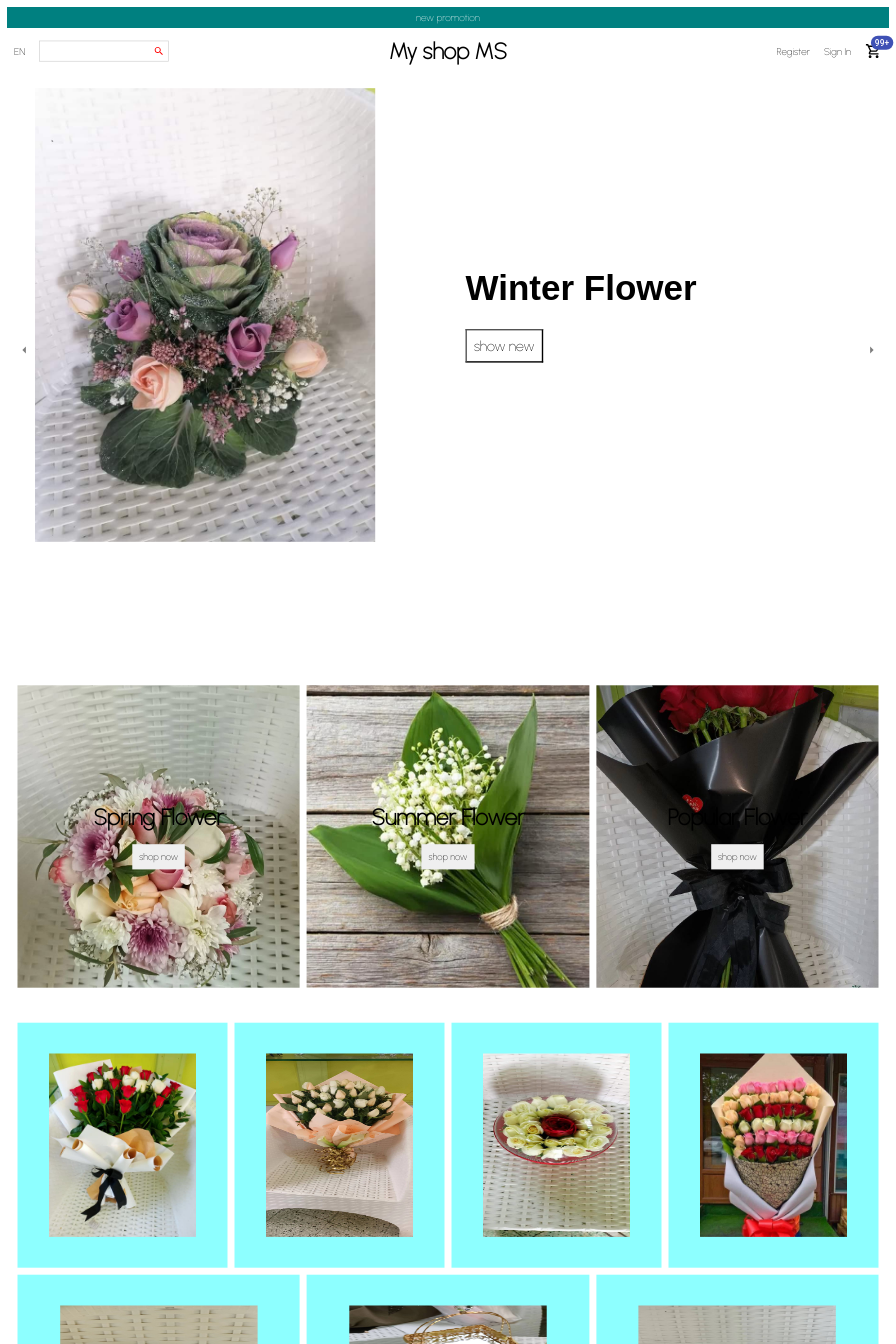
Repository: jarraymassaoud/react-web
Page: /
These files come from the project's save history. The page is drawn as it stood at one moment and after the next save; the edit follows.
The browser window is 1280 px wide. The pictures show the part of the page from y = 0 to 1920 px (the page is 2807 px tall before and 918 px after), at 70% of full size.
The project was rebuilt for these pictures with package versions that can differ from the ones it lists, and the page was loaded fresh each time. Also part of the build but not shown: src/pages/Login.jsx, src/pages/Bunch.jsx.

Above is the page before, as saved 2022-06-01 08:29:42.

### public/index.html
<!DOCTYPE html>
<html lang="en">
  <head>
    <meta charset="utf-8" />
    <link rel="icon" href="%PUBLIC_URL%/favicon.ico" />
    <meta name="viewport" content="width=device-width, initial-scale=1" />
    <meta name="theme-color" content="#000000" />
    <meta
      name="description"
      content="Web site created using create-react-app"
    />
    <link rel="preconnect" href="https://fonts.googleapis.com" />
    <link rel="preconnect" href="https://fonts.gstatic.com" crossorigin />
    <link
      href="https://fonts.googleapis.com/css2?family=Urbanist:wght@100&display=swap"
      rel="stylesheet"
    />
    <style>
      * {
        margin: 0;
        font-family: "Urbanist", sans-serif;
      }
    </style>
    <!--
      manifest.json provides metadata used when your web app is installed on a
      user's mobile device or desktop. See https://developers.google.com/web/fundamentals/web-app-manifest/
    -->
    <!--
      Notice the use of %PUBLIC_URL% in the tags above.
      It will be replaced with the URL of the `public` folder during the build.
      Only files inside the `public` folder can be referenced from the HTML.

      Unlike "/favicon.ico" or "favicon.ico", "%PUBLIC_URL%/favicon.ico" will
      work correctly both with client-side routing and a non-root public URL.
      Learn how to configure a non-root public URL by running `npm run build`.
    -->
    <title>React App</title>
  </head>
  <body>
    <noscript>You need to enable JavaScript to run this app.</noscript>
    <div id="root"></div>
    <!--
      This HTML file is a template.
      If you open it directly in the browser, you will see an empty page.

      You can add webfonts, meta tags, or analytics to this file.
      The build step will place the bundled scripts into the <body> tag.

      To begin the development, run `npm start` or `yarn start`.
      To create a production bundle, use `npm run build` or `yarn build`.
    -->
  </body>
</html>

### src/App.jsx
import React from "react";
import Cart from "./pages/Cart";
import Login from "./pages/Login";
import Home from "./pages/Home";
import Bunch from "./pages/Bunch";

const App = () => {
  return <Home />;
};

export default App;

### src/pages/Home.jsx
import React from "react";
import Annonce from "../components/Annonce";
import Navbar from "../components/Navbar";
import Slider from "../components/Slider";
import Categories from "../components/Categories";
import Products from "../components/Products";
import Newsletter from "../components/Newsletter";
import Footer from "../components/Footer";

const Home = () => {
  return (
    <div>
      <Annonce />
      <Navbar />
      <Slider />
      <Categories />
      <Products />
      <Newsletter />
      <Footer />
    </div>
  );
};

export default Home;

### src/components/Annonce.jsx
import styled from "styled-components";

const Container = styled.div`
  height: 30px;
  background-color: teal;
  color: white;
  display: flex;
  align-items: center;
  justify-content: center;
  font-size: 14px;
  font-weight: 500;
  margin: 10px;
`;

const Annonce = () => {
  return (
    <div>
      <Container>new promotion</Container>
    </div>
  );
};

export default Annonce;

### src/components/Footer.jsx
import {
  Facebook,
  GitHub,
  LinkedIn,
  MailOutline,
  Phone,
  Room,
} from "@material-ui/icons";
import React from "react";
import styled from "styled-components";
const Container = styled.div`
  display: flex;
  border: 0.5px solid lightgray;
  border-radius: 10px;
  background-color: gainsboro;
`;
const Left = styled.div`
  flex: 1;
  display: flex;
  padding: 20px;
  flex-direction: column;
  margin-left: 100px;
`;
const Logo = styled.h1``;
const Desc = styled.p`
  margin: 20px 0px;
`;
const SocialContainer = styled.div`
  display: flex;
`;
const SocialIcon = styled.div`
  width: 40px;
  height: 40px;
  border-radius: 50%;
  color: white;
  background-color: #${(props) => props.color};
  display: flex;
  align-items: center;
  justify-content: center;
  margin-right: 10px;
`;

const Center = styled.div`
  flex: 1;
  padding: 20px;
  align-items: center;
  justify-content: center;
`;
const Title = styled.h3`
  margin-bottom: 30px;
`;
const List = styled.ul`
  margin: 0px;
  padding: 0px;
  list-style: none;
  flex-wrap: wrap;
`;
const ListItem = styled.li`
  width: 50%;
`;
const Right = styled.div`
  flex: 1;
  padding: 20px;
  justify-content: center;
  align-items: center;
  margin-left: 100px;
`;
const ContactItem = styled.div``;

const Footer = () => {
  return (
    <Container>
      <Left>
        <Logo> MS</Logo>
        <Desc>my shop MS</Desc>
        <SocialContainer>
          <SocialIcon color="0080ff">
            <Facebook />
          </SocialIcon>
          <SocialIcon color="0059b3">
            <LinkedIn />
          </SocialIcon>
          <SocialIcon color="000000">
            <GitHub />
          </SocialIcon>
        </SocialContainer>
      </Left>
      <Center>
        <Title> Links</Title>
        <List>
          <ListItem>Home</ListItem>
          <ListItem>Cart</ListItem>
          <ListItem>Accesoires</ListItem>
          <ListItem>MyAccount</ListItem>
        </List>
      </Center>
      <Right>
        <Title> Contact</Title>
        <ContactItem>
          <Room />
          Tunisia
        </ContactItem>
        <ContactItem>
          <Phone />
          xxxxxxxx
        </ContactItem>
        <ContactItem>
          <MailOutline /> jarraymassoud@gmail.com
        </ContactItem>
      </Right>
    </Container>
  );
};

export default Footer;

### src/components/Navbar.jsx
import { Search, ShoppingCartOutlined } from "@material-ui/icons";
import { Badge } from "@material-ui/core";
import React from "react";
import styled from "styled-components";

const Container = styled.div`
  height: 40px;
`;

const Wrapper = styled.div`
  padding: 4px 20px;
  display: flex;
  justify-content: space-between;
`;

const Left = styled.div`
  flex: 1;
  display: flex;
  align-items: center;
`;

const Language = styled.span`
  font-size: 14px;
  cursor: pointer;
`;
const SearchContainer = styled.div`
  border: 0.5px solid lightgray;
  display: flex;
  align-items: center;
  margin-left: 20px;
  padding: 5px;
`;
const Input = styled.input`
  border: none;
`;
const Center = styled.div`
  flex: 1;
  text-align: center;
`;
const Logo = styled.h1`
  font-weight: bold;
  display: flex;
  justify-content: center;
`;
const Right = styled.div`
  flex: 1;
  display: flex;
  align-items: center;
  justify-content: flex-end;
`;
const MenuItem = styled.div`
  font-size: 14px;
  cursor: pointer;
  margin-left: 20px;
`;
const Navbar = () => {
  return (
    <Container>
      <Wrapper>
        <Left>
          <Language>EN</Language>
          <SearchContainer>
            <Input />
            <Search style={{ color: "red", fontSize: 16 }} />
          </SearchContainer>
        </Left>
        <Center>
          <Logo>My shop MS</Logo>
        </Center>
        <Right>
          <MenuItem>Register</MenuItem>
          <MenuItem> Sign In</MenuItem>
          <MenuItem>
            <Badge badgeContent={100} color="primary" max={99}>
              <ShoppingCartOutlined />
            </Badge>
          </MenuItem>
        </Right>
      </Wrapper>
    </Container>
  );
};

export default Navbar;

### src/components/Slider.jsx
import React from "react";

import { ArrowLeftOutlined, ArrowRightOutlined } from "@material-ui/icons";
import styled from "styled-components";
import { sliderItems } from "../data";
import { useState } from "react";

const Container = styled.div`
  width: 100%;
  height: 120vh;
  display: flex;
  position: relative;
  overflow: hidden;
`;

const Arrow = styled.div`
  width: 50px;
  height: 50px;
  border-radius: 50%;
  display: flex;
  align-items: center;
  justify-content: center;
  position: absolute;
  top: 0%;
  left: ${(props) => props.direction === "left" && "10px"};
  right: ${(props) => props.direction === "right" && "10px"};
  bottom: 5%;
  margin: auto;
  cursor: pointer;
  opacity: 0.5;
  z-index: 2;
`;
const Wrapper = styled.div`
  height: 90%;
  display: flex;
  transition: all 1.5s ease;
  transform: translateX(${(props) => props.slideIndex * -100}vw);
`;
const Slide = styled.div`
  width: 100vw;
  height: 100vh;
  display: flex;
  align-items: center;
  background-color: #${(props) => props.bg};
`;
const ImgContainer = styled.div`
  padding-left: 50px;
  height: 90%;
  flex: 1;
`;
const InfoContainer = styled.div`
  flex: 1;
`;
const Image = styled.img`
  height: 100%;
`;
const Title = styled.h1`
  font-family: sans-serif;
  font-size: 50px;
`;
const Desc = styled.p`
  margin: 30px 0px;
  font-size: 20px;
  font-weight: 500;
  letter-spacing: 2px;
`;
const Button = styled.button`
  padding: 10px;
  font-size: 20px;
  background-color: transparent;
  cursor: pointer;
`;

const Slider = () => {
  const [slideIndex, setSlideIndex] = useState(0);
  const handleClick = (direction) => {
    if (direction === "left") {
      setSlideIndex(slideIndex > 0 ? slideIndex - 1 : 2);
    } else {
      setSlideIndex(slideIndex < 2 ? slideIndex + 1 : 0);
    }
  };

  return (
    <Container>
      <Arrow direction="left" onClick={() => handleClick("left")}>
        <ArrowLeftOutlined />
      </Arrow>
      <Wrapper slideIndex={slideIndex}>
        {sliderItems.map((item) => (
          <Slide>
            <ImgContainer>
              <Image src={item.img} />
            </ImgContainer>
            <InfoContainer>
              <Title>{item.title}</Title>
              <Desc>{item.desc}</Desc>
              <Button>show new</Button>
            </InfoContainer>
          </Slide>
        ))}
      </Wrapper>

      <Arrow direction="right" onClick={() => handleClick("right")}>
        <ArrowRightOutlined />
      </Arrow>
    </Container>
  );
};

export default Slider;

### src/components/Categories.jsx
import styled from "styled-components";
import React from "react";
import { categories } from "../data";
import CategoryItem from "./CategoryItem";

const Container = styled.div`
  flex: 1;
  display: flex;
  padding: 20px;
`;
const Categories = () => {
  return (
    <Container>
      {categories.map((item) => (
        <CategoryItem item={item} />
      ))}
    </Container>
  );
};

export default Categories;

### src/components/Products.jsx
import styled from "styled-components";
import { products } from "../data";
import Product from "./Product";

const Container = styled.div`
  display: flex;
  padding: 20px;
  flex-wrap: wrap;
  justify-content: space-between;
`;
const Products = () => {
  return (
    <Container>
      {products.map((item) => (
        <Product item={item} key={item.id} />
      ))}
    </Container>
  );
};

export default Products;

### src/components/Newsletter.jsx
import { Send } from "@material-ui/icons";
import styled from "styled-components";

const Container = styled.div`
  height: 60vh;
  background-color: white;
  display: flex;
  align-items: center;
  justify-content: center;
  flex-direction: column;
`;
const Title = styled.h1`
  font-size: 70px;
`;
const Desc = styled.div`
  font-size: 30px;
  font-weight: 300;
`;
const InputContainer = styled.div`
  width: 50%;
  height: 40px;
  display: flex;
  justify-content: space-between;
  border: 1px solid lavender;
`;
const Input = styled.input`
  border: none;
  flex: 8;
`;
const Button = styled.button`
  flex: 1;
  border: none;
  background-color: #5ff;
`;

const Newsletter = () => {
  return (
    <Container>
      <Title> Newsletter</Title>
      <Desc> your web site</Desc>
      <InputContainer>
        <Input placeholder="your email" />
        <Button>
          <Send />
        </Button>
      </InputContainer>
    </Container>
  );
};

export default Newsletter;

### src/data.js
export const sliderItems = [
  {
    id: 1,
    img: "images/img1.jpg",
    title: "Winter Flower ",
    desc: "",
    bg: "fcf1ed",
  },

  {
    id: 2,
    img: "images/img25.jpg",
    title: "Popular Flower ",
    desc: "",
    bg: "f5fafd",
  },
  {
    id: 3,
    img: "images/img20.jpg",
    title: " Spring Flower ",
    desc: "",
    bg: "fbf0f4",
  },
];

export const categories = [
  {
    id: 1,
    img: "images/img4.jpg",
    title: " Spring Flower",
  },
  {
    id: 2,
    img: "images/img5.jpg",
    title: " Summer Flower",
  },
  {
    id: 3,
    img: "images/img6.jpg",
    title: " Popular Flower",
  },
];
export const products = [
  {
    id: 1,
    img: "images/img7.jpg",
  },
  {
    id: 2,
    img: "images/img8.jpg",
  },
  {
    id: 3,
    img: "images/img10.jpg",
  },
  {
    id: 4,
    img: "images/img11.jpg",
  },
  {
    id: 5,
    img: "images/img13.jpg",
  },

  {
    id: 6,
    img: "images/img14.jpg",
  },
  {
    id: 6,
    img: "images/img26.jpg",
  },
];

### src/components/CategoryItem.jsx
import React from "react";
import styled from "styled-components";

const Container = styled.div`
  flex: 1;
  margin: 5px;
  height: 60vh;
  background-color: #f5f;

  position: relative;
`;
const Image = styled.img`
  width: 100%;
  height: 100%;
  object-fit: cover;
`;
const Info = styled.div`
  position: absolute;
  top: 0%;
  left: 0%;
  width: 100%;
  height: 100%;
  align-items: center;
  display: flex;
  flex-direction: column;
  justify-content: center;
`;
const Title = styled.h1`
  margin-bottom: 20px;
`;
const Button = styled.button`
  border: none;
  padding: 10px;
  cursor: pointer;
  align-items: center;
  font-weight: 600%;
`;
const CategoryItem = ({ item }) => {
  return (
    <Container>
      <Image src={item.img} />
      <Info>
        <Title>{item.title}</Title>
        <Button> shop now</Button>
      </Info>
    </Container>
  );
};

export default CategoryItem;

### src/components/Product.jsx
import {
  FavoriteBorderOutlined,
  SearchOutlined,
  ShoppingCartOutlined,
} from "@material-ui/icons";
import styled from "styled-components";

const Info = styled.div`
  opacity: 0;
  width: 100%;
  height: 100%;
  top: 0%;
  left: 0%;
  position: absolute;
  background-color: rgba(0, 0, 0, 0.2);
  align-items: center;
  justify-content: center;
  display: flex;
  z-index: 3;
  transform: all 0.5s ease;
  cursor: pointer;
`;
const Container = styled.div`
  flex: 1;
  margin: 5px;
  min-width: 280px;
  height: 350px;
  display: flex;
  align-items: center;
  justify-content: center;
  background-color: #5ffa;
  position: relative;

  &:hover ${Info} {
    opacity: 1;
  }
`;
const Image = styled.img`
  height: 75%;
  z-index: 2;
  width: 70%;
`;
/*const Circle = styled.div`
  width: 200px;
  height: 200px;
  border-radius: 70%;
  background-color: white;
  position: absolute;
`;*/
const Icon = styled.div`
  width: 40px;
  height: 40px;
  border-radius: 50%;
  background-color: white;
  align-items: center;
  display: flex;
  justify-content: center;
  margin: 10px;
  transition: all 0.5s ease;

  &:hover {
    background-color: #e9f5f5;
    transform: scale(1.5);
  }
`;

const Product = ({ item }) => {
  return (
    <Container>
      <Image src={item.img} />
      <Info>
        <Icon>
          <SearchOutlined />
        </Icon>
        <Icon>
          <FavoriteBorderOutlined />
        </Icon>
        <Icon>
          <ShoppingCartOutlined />
        </Icon>
      </Info>
    </Container>
  );
};

export default Product;

### src/pages/Cart.jsx
import { Remove, Add } from "@material-ui/icons";
import styled from "styled-components";
import Annonce from "../components/Annonce";
import Footer from "../components/Footer";
import Navbar from "../components/Navbar";
const Container = styled.div``;
const Wrapper = styled.div`
  padding: 20px;
`;

const Title = styled.h1`
  font-weight: 300;
  text-align: center;
`;
const Top = styled.div`
  display: flex;
  align-items: center;
  justify-content: space-between;
  padding: 20px;
`;
const TopButton = styled.button`
  font-weight: 600;
  text-align: center;
  cursor: pointer;
  border: ${(props) => props.type === "filled" && "none"};
  background-color: ${(props) =>
    props.type === "filled" ? "black" : "transparent"};
  color: ${(props) => props.type === "filled" && "white"};
`;
const TopTexts = styled.div``;
const TopText = styled.span`
  text-decoration: underline;
  cursor: pointer;
  margin: 0px 10px;
`;
const Bottom = styled.div`
  display: flex;
  justify-content: space-between;
`;
const Info = styled.div`
  flex: 3;
`;
const Product = styled.div`
  display: flex;
  justify-content: space-between;
`;
const ProductDetail = styled.div`
  flex: 2;
  display: flex;
`;
const Image = styled.img`
  width: 250px;
`;
const Details = styled.div`
  margin: 5px;
  padding: 20px;
  display: flex;
  flex-direction: column;
  justify-content: space-around;
`;
const ProductName = styled.span``;
const ProductId = styled.span``;
const ProductColor = styled.div`
  width: 20px;
  height: 20px;
  border-radius: 50%;
  background: ${(props) => props.color};
`;
const ProductSize = styled.span``;
const PriceDetail = styled.div`
  font-size: 25px;
  flex: 1;
  display: flex;
  flex-direction: column;
  align-content: center;
  justify-content: center;
`;

const ProductAmountContainer = styled.div`
  margin-bottom: 20px;
  display: flex;
  align-items: center;
`;
const ProductAmount = styled.div`
  font-size: 20px;
  margin: 5px;
`;
const ProductPrice = styled.div`
  font-size: 25px;
  font-weight: 300;
`;

const Hr = styled.hr`
  background-color: #eee;
  border: none;
  height: 1px;
`;
const Summary = styled.div`
  flex: 1;
  border: 0.5px solid lightgray;
  border-radius: 10px;
  padding: 20px;
  height: 40vh;
`;
const SummaryTitle = styled.h1`
  font-weight: 300;
  font-size: 25px;
`;
const SummaryItem = styled.div`
  margin: 20px 0px;
  display: flex;
  justify-content: space-between;
  font-weight: ${(props) => props.type === "total" && "500"};
  font-size: ${(props) => props.type === "total" && "25px"};
`;

const SummaryItemText = styled.span``;
const SummaryItemPrice = styled.span``;
const Button = styled.button`
  width: 100%;
  background-color: #baf;
  color: #eee;
  cursor: pointer;
  border: 50%;
  font-weight: 300;
  font-size: 20px;
`;
const Cart = () => {
  return (
    <Container>
      <Navbar />
      <Annonce />
      <Wrapper>
        <Title>YOUR BAG</Title>
        <Top>
          <TopButton> Continue Shopping</TopButton>
          <TopTexts>
            <TopText>Shopping Bag(2)</TopText>
            <TopText> Your WishList(0)</TopText>
          </TopTexts>
          <TopButton type="filled"> Checkout Now</TopButton>
        </Top>
        <Bottom>
          <Info>
            <Product>
              <ProductDetail>
                <Image src="images/img21.jpg" />
                <Details>
                  <ProductName>
                    <b>Product:</b>
                    wedding flowers
                  </ProductName>
                  <ProductId>
                    <b>ID:</b> 45781
                  </ProductId>
                  <ProductColor color="pink" />

                  <ProductSize>
                    <b>Size:</b> 7
                  </ProductSize>
                </Details>
              </ProductDetail>
              <PriceDetail>
                Price
                <ProductAmountContainer>
                  <Remove />

                  <ProductAmount>1</ProductAmount>
                  <Add />
                </ProductAmountContainer>
                <ProductPrice>20 $</ProductPrice>
              </PriceDetail>
            </Product>

            <Hr />
            <Product>
              <ProductDetail>
                <Image src="images/img30.jpg" />
                <Details>
                  <ProductName>
                    <b>Product:</b> wedding flowers
                  </ProductName>
                  <ProductId>
                    <b>ID:</b> 45747
                  </ProductId>
                  <ProductColor color="green" />

                  <ProductSize>
                    <b>Size:</b> 10
                  </ProductSize>
                </Details>
              </ProductDetail>
              <PriceDetail>
                Price:
                <ProductAmountContainer>
                  <Remove />

                  <ProductAmount>1</ProductAmount>
                  <Add />
                </ProductAmountContainer>
                <ProductPrice>30 $</ProductPrice>
              </PriceDetail>
            </Product>
          </Info>
          <Summary>
            <SummaryTitle>Order Summary</SummaryTitle>
            <SummaryItem>
              <SummaryItemText>SubTotal= </SummaryItemText>
              <SummaryItemPrice>50$</SummaryItemPrice>
            </SummaryItem>

            <SummaryItem>
              <SummaryItemText>Estimated Shipping:</SummaryItemText>
              <SummaryItemPrice> 4$</SummaryItemPrice>
            </SummaryItem>
            <SummaryItem>
              <SummaryItemText>Shipping Discount:</SummaryItemText>
              <SummaryItemPrice> -4$</SummaryItemPrice>
            </SummaryItem>
            <SummaryItem type="total">
              <SummaryItemText>Total =</SummaryItemText>
              <SummaryItemPrice> 50$</SummaryItemPrice>
            </SummaryItem>
            <Button> Checkout Now</Button>
          </Summary>
        </Bottom>
      </Wrapper>
      <Footer />
    </Container>
  );
};

export default Cart;

Loaded but not shown: src/index.js (common file); src/index.css (common file); src/reportWebVitals.js (common file)

After the next save:
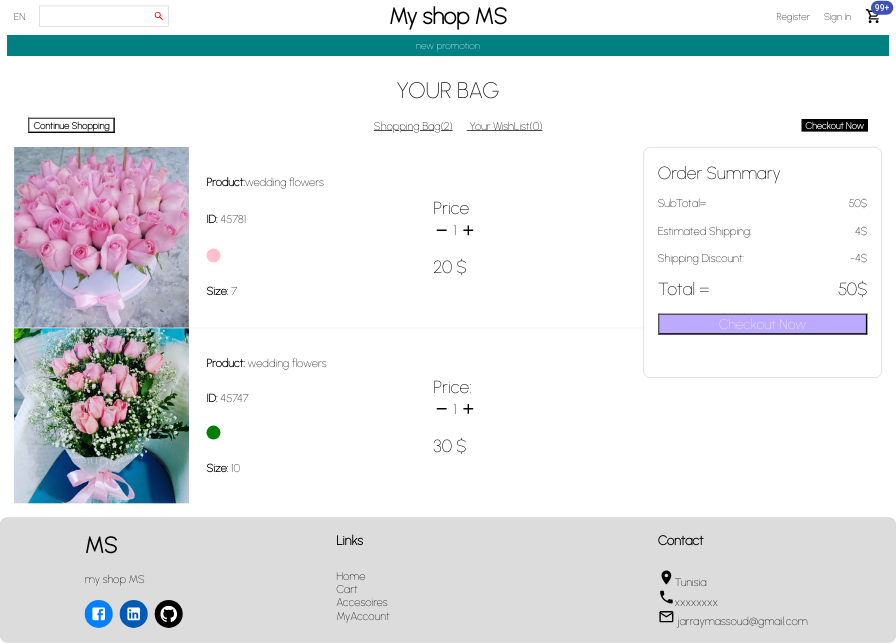
Saved 77 s later.
--- a/src/App.jsx
+++ b/src/App.jsx
@@ -5,7 +5,7 @@ import Home from "./pages/Home";
 import Bunch from "./pages/Bunch";
 
 const App = () => {
-  return <Home />;
+  return <Cart />;
 };
 
 export default App;
